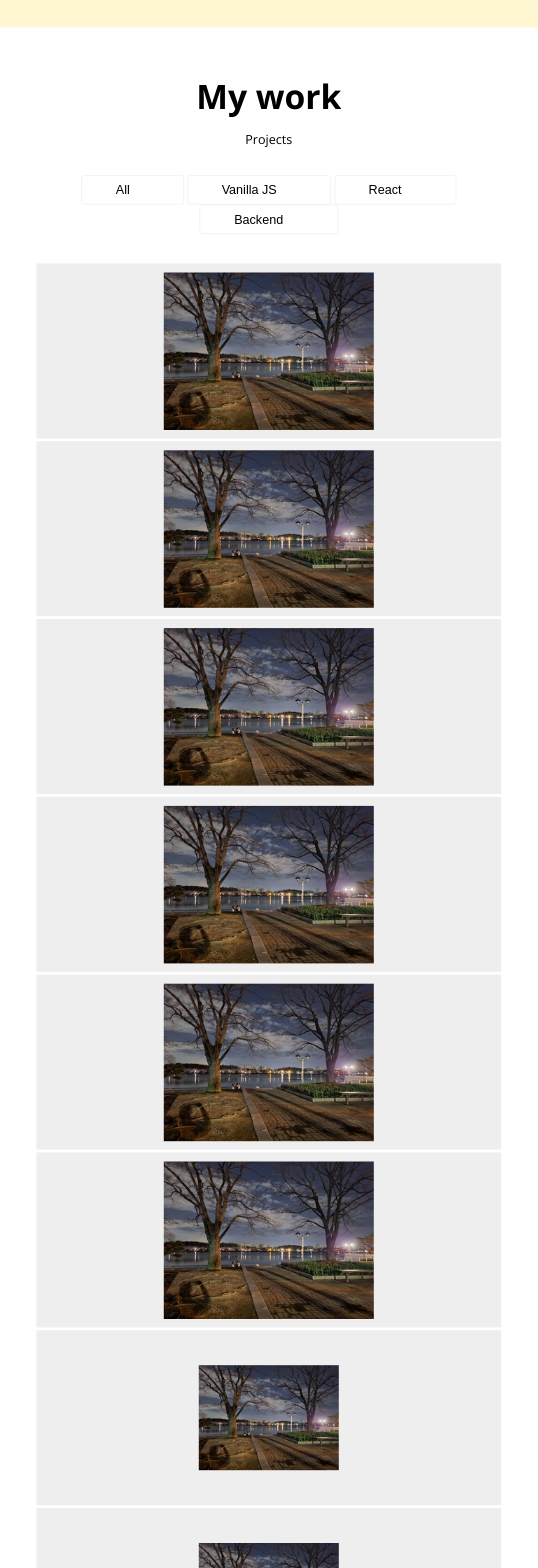
Repository: delphkim/portfolio
Page: index.html
The author's editor kept a copy of each file at every save. The page is drawn from the files as they stood at one save, then again after the next save.
The browser window is 768 px wide. The pictures show the part of the page from y = 3136 to 5376 px (the page is 6717 px tall before and 6801 px after), at 70% of full size.
Some web libraries are served in a nearby version.

Above is the page before, as saved 2021-08-05 12:39:52.

After the next save:
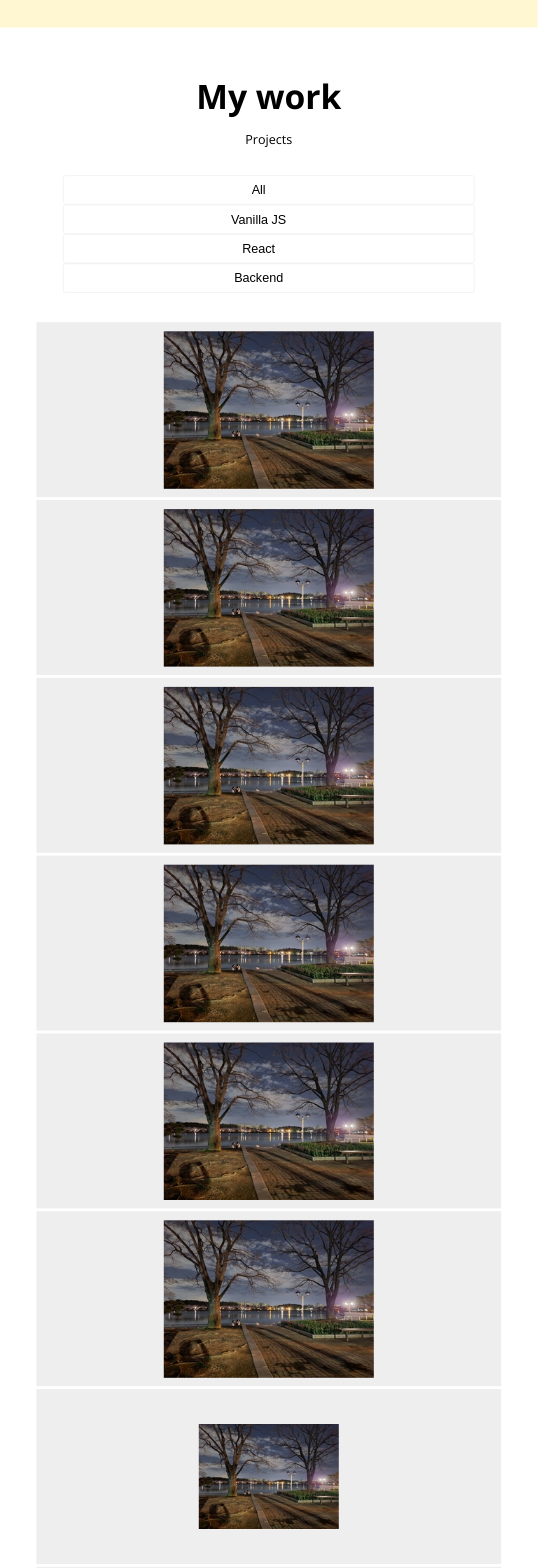
Saved 18 s later.
--- a/style.css
+++ b/style.css
@@ -430,7 +430,7 @@
   .skillset {
     flex-direction: column;
   }
-  .catecory__btn {
+  .category__btn {
     width: 100%;
   }
   .project {
